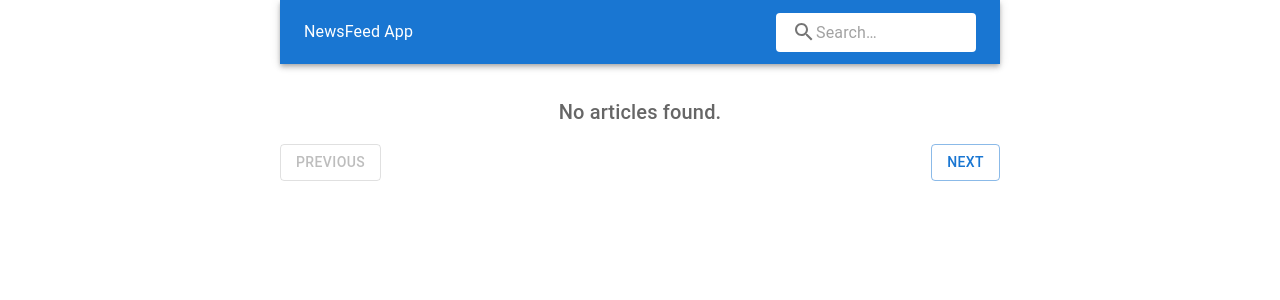
Repository: Baraajad231/News-Feed
Page: /
The author's editor kept a copy of each file at every save. The page is drawn from the files as they stood at one save, then again after a run of saves.
The browser window is 1280 px wide. The pictures show the whole page.
The page's requests for data from a server got no answer. The project was rebuilt for these pictures with package versions that can differ from the ones it lists, and the page was loaded fresh each time. No one was signed in, and anything a server would have sent is missing. Also part of the build but not shown: vite.config.js, src/components/newsArticle.jsx.

Above is the page before, as saved 2026-03-21 23:33:32.

After the next 2 saves:
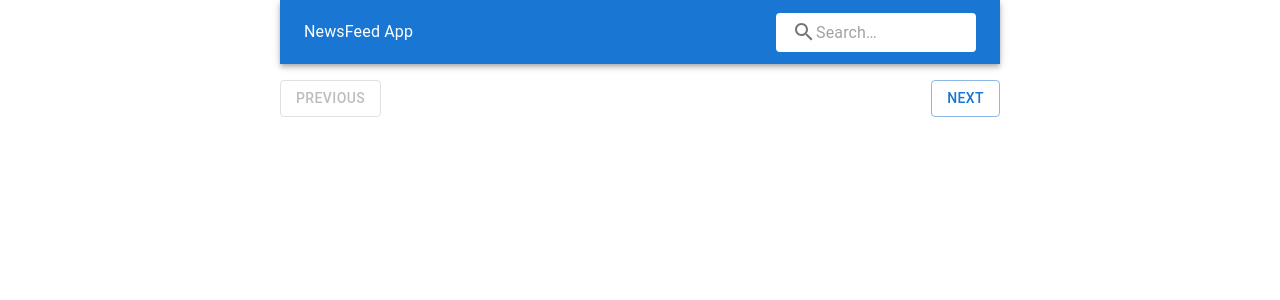
The 2 saves are shown as one change because 1 did not build or start.
The last was saved 73 s later.
--- a/src/App.jsx
+++ b/src/App.jsx
@@ -1,4 +1,4 @@
-import { Button, Container, styled } from "@mui/material";
+import { Button, Container, styled, Typography } from "@mui/material";
 import NewsFeed from "./components/NewsFeed";
 import NewsHeader from "./components/NewsHeader";
 import { useEffect, useRef, useState } from "react";
@@ -78,7 +78,11 @@
   return (
     <Container>
       <NewsHeader onSearchChange={searchChangeHandler} />
-      <NewsFeed articles={articles} loading={isLoading} />
+      {error.length === 0 ? (
+        <NewsFeed articles={articles} loading={isLoading} />
+      ) : (
+        <Typography color="error" align="center"></Typography>
+      )}
       <Footer>
         <Button
           variant="outlined"
